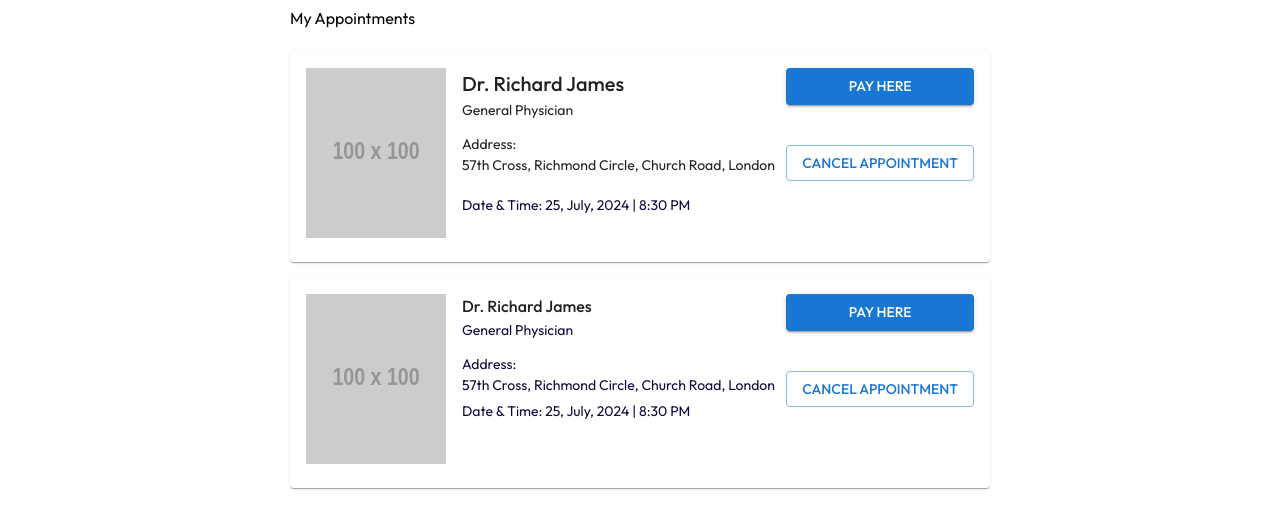
Repository: Ali-Dmerdash/DEPI_GRAD
Page: /
An editor plug-in stored every save of this project. The page is shown before and after the next save, followed by the edit.
The browser window is 1280 px wide. The pictures show the whole page.
The project was rebuilt for these pictures with package versions that can differ from the ones it lists, and the page was loaded fresh each time. Also part of the build but not shown: vite.config.ts.

Above is the page before, as saved 2024-10-08 21:18:13.

### src/App.tsx
import "./App.css";
import "react-router-dom";
import { library } from "@fortawesome/fontawesome-svg-core";
import { fab } from "@fortawesome/free-brands-svg-icons";
import { fas } from "@fortawesome/free-solid-svg-icons";
import { far } from "@fortawesome/free-regular-svg-icons";
import Myappointment from "./pages/myappointment";

function App() {
  return (
    <>
      <Myappointment />
    </>
  );
}

export default App;
library.add(fab, fas, far);

### src/index.css
@import url("https://fonts.googleapis.com/css2?family=Outfit:wght@100..900&display=swap");

body {
  font-family: "Outfit", sans-serif;
  color: var(--text-color);
}

:root {
  --primary-color: #07456f;
  --secondary-color: #009f9d;
  --text-color: #0f0a3c;
  --card-button-color: #ace6f6;
  --border-color: #adadad;
}

### src/App.css
@import "./App.css";

body {
  color: var(--text-color);
}

### src/pages/myappointment/index.tsx
import React from "react";
import { Box, Card, CardContent, Typography, Button } from "@mui/material";

const MyAppointment: React.FC = () => {
  return (
    <>
      <Box sx={{ maxWidth: 700, margin: "0 auto" }}>
        <Typography variant="body" color="initial">
          My Appointments
        </Typography>
        <Card sx={{ marginBottom: 2, marginTop: 3 }}>
          <CardContent>
            <Box display="flex" alignItems="flex-start">
              <img
                src="https://via.placeholder.com/100"
                alt="Doctor"
                style={{ width: "140px", height: "170px", marginRight: "16px" }}
              />
              <Box flexGrow={1}>
                <Typography variant="h6" fontSize="20px">
                  Dr. Richard James
                </Typography>
                <Typography
                  color="primary
                  "
                  fontSize="14px"
                  sx={{ marginBottom: "4%" }}
                >
                  General Physician
                </Typography>
                <Typography
                  color=""
                  fontSize="14px"
                  sx={{ marginBottom: "6%" }}
                >
                  Address: <br /> 57th Cross, Richmond Circle, Church Road,
                  London
                </Typography>
                <Typography color="#0F0A3C" fontSize="14px">
                  Date & Time: 25, July, 2024 | 8:30 PM
                </Typography>
              </Box>
              <Box
                display="flex"
                flexDirection="column"
                justifyContent="flex-end"
              >
                <Button variant="contained" color="primary">
                  Pay here
                </Button>
                <Button
                  variant="outlined"
                  color="primary"
                  sx={{ marginTop: 5 }}
                >
                  Cancel appointment
                </Button>
              </Box>
            </Box>
          </CardContent>
        </Card>

        <Card>
          <CardContent>
            <Box display="flex" alignItems="flex-start">
              <img
                src="https://via.placeholder.com/100"
                alt="Doctor"
                style={{ width: "140px", height: "170px", marginRight: "16px" }}
              />
              <Box flexGrow={1}>
                <Typography variant="h6" fontSize="16px">
                  Dr. Richard James
                </Typography>
                <Typography
                  color="#0F0A3C"
                  fontSize="14px"
                  sx={{ marginBottom: "4%" }}
                >
                  General Physician
                </Typography>
                <Typography
                  color="#0F0A3C"
                  fontSize="14px"
                  sx={{ marginBottom: "5px" }}
                >
                  Address: <br />
                  57th Cross, Richmond Circle, Church Road, London
                </Typography>
                <Typography color="#0F0A3C" fontSize="14px">
                  Date & Time: 25, July, 2024 | 8:30 PM
                </Typography>
              </Box>
              <Box
                display="flex"
                flexDirection="column"
                justifyContent="flex-end"
              >
                <Button variant="contained" color="primary">
                  Pay here
                </Button>

                <Button
                  variant="outlined"
                  color="primary"
                  sx={{ marginTop: 5 }}
                >
                  Cancel appointment
                </Button>
              </Box>
            </Box>
          </CardContent>
        </Card>
      </Box>
    </>
  );
};

export default MyAppointment;

Loaded but not shown: index.html (common file); src/main.tsx (common file)

After the next save:
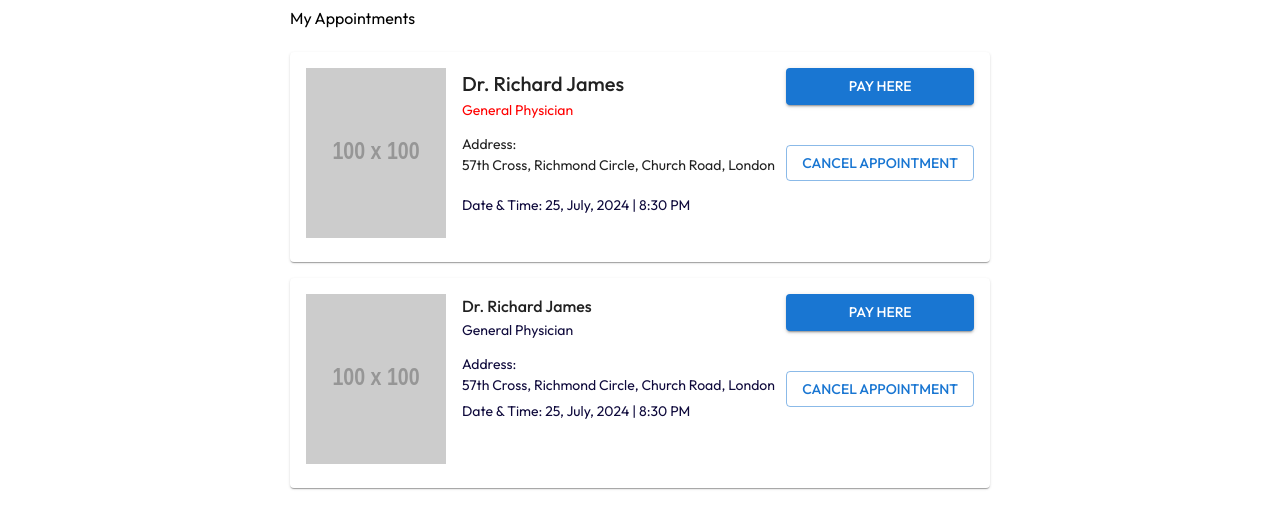
Saved 12 s later.
--- a/src/pages/myappointment/index.tsx
+++ b/src/pages/myappointment/index.tsx
@@ -21,8 +21,7 @@ const MyAppointment: React.FC = () => {
                   Dr. Richard James
                 </Typography>
                 <Typography
-                  color="primary
-                  "
+                  color="red"
                   fontSize="14px"
                   sx={{ marginBottom: "4%" }}
                 >
